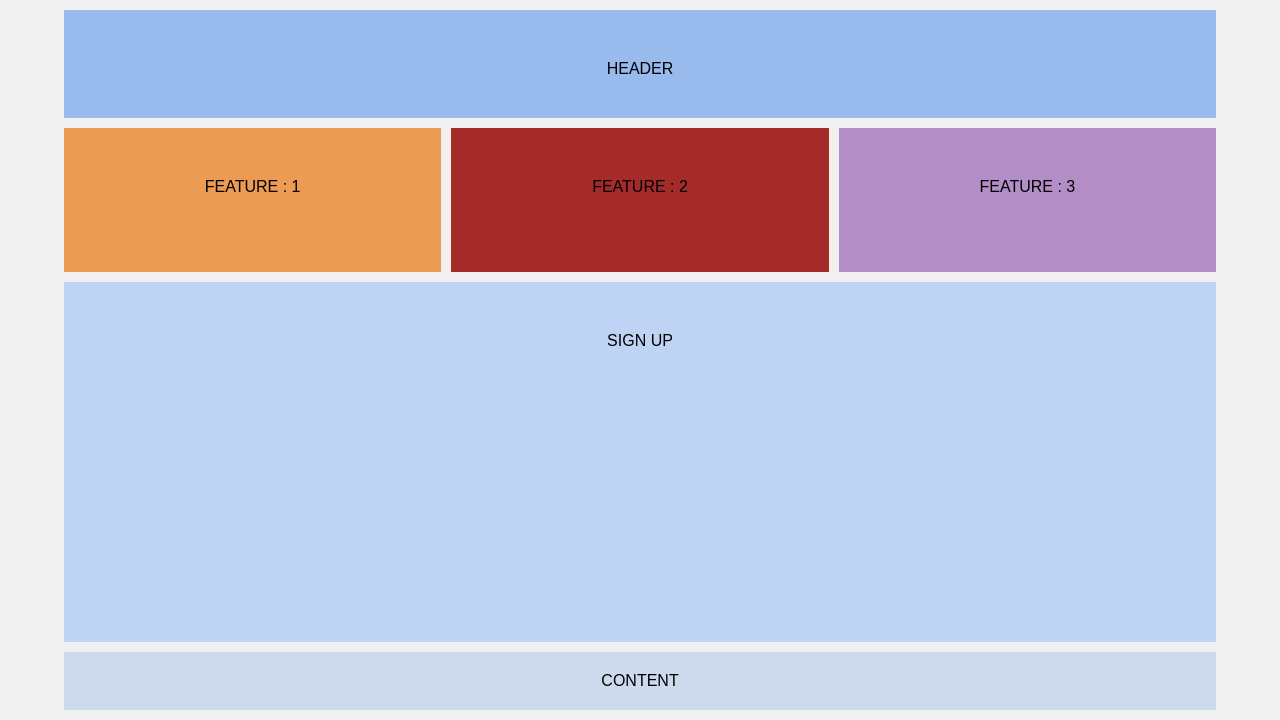
Repository: viveknaidu007/repo-152-FSD-InnomaticsTasksSep2024
Page: task_3/index.html
The author's editor kept a copy of each file at every save. The page is drawn from the files as they stood at one save, then again after the next save.
The browser window is 1280 px wide. The pictures show the whole page.

Above is the page before, as saved 2024-10-02 12:03:14.

After the next save:
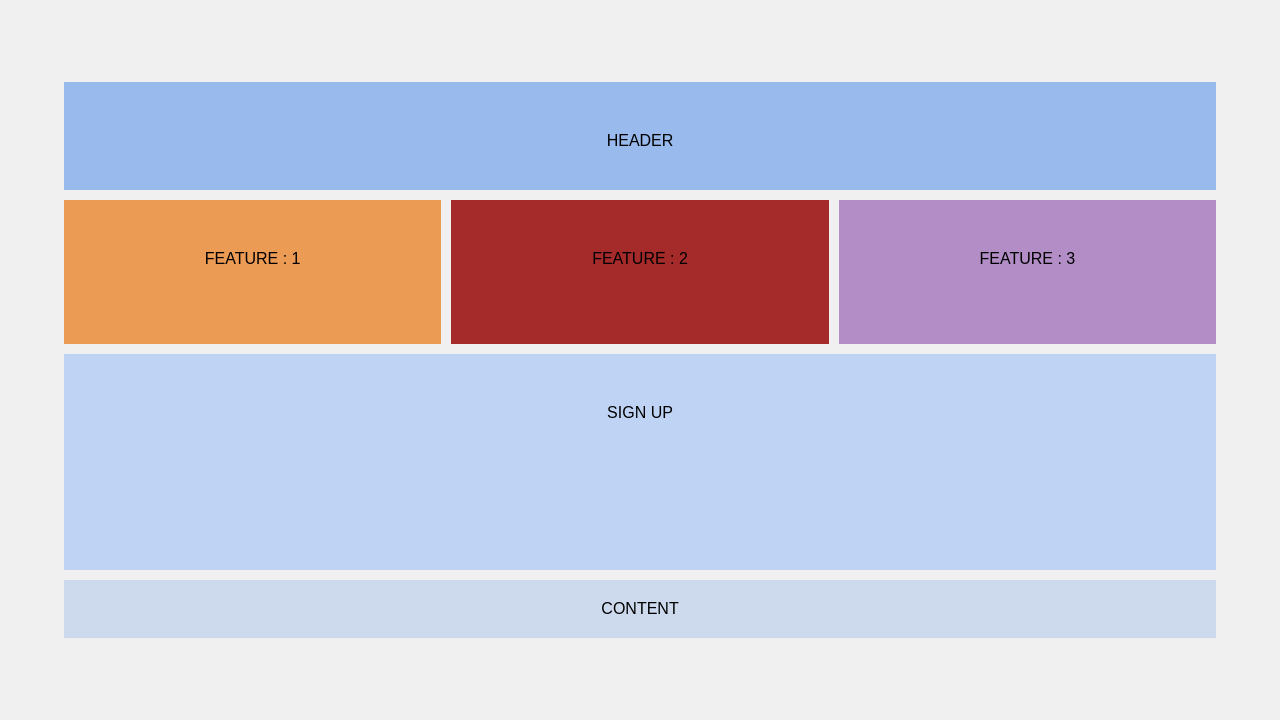
Saved 5 s later.
--- a/task_3/styles.css
+++ b/task_3/styles.css
@@ -35,7 +35,7 @@
     text-align: center;
     padding: 50px;
     text-decoration: solid;
-    height: 50vh;
+    height: 30vh;
   }
 
 
